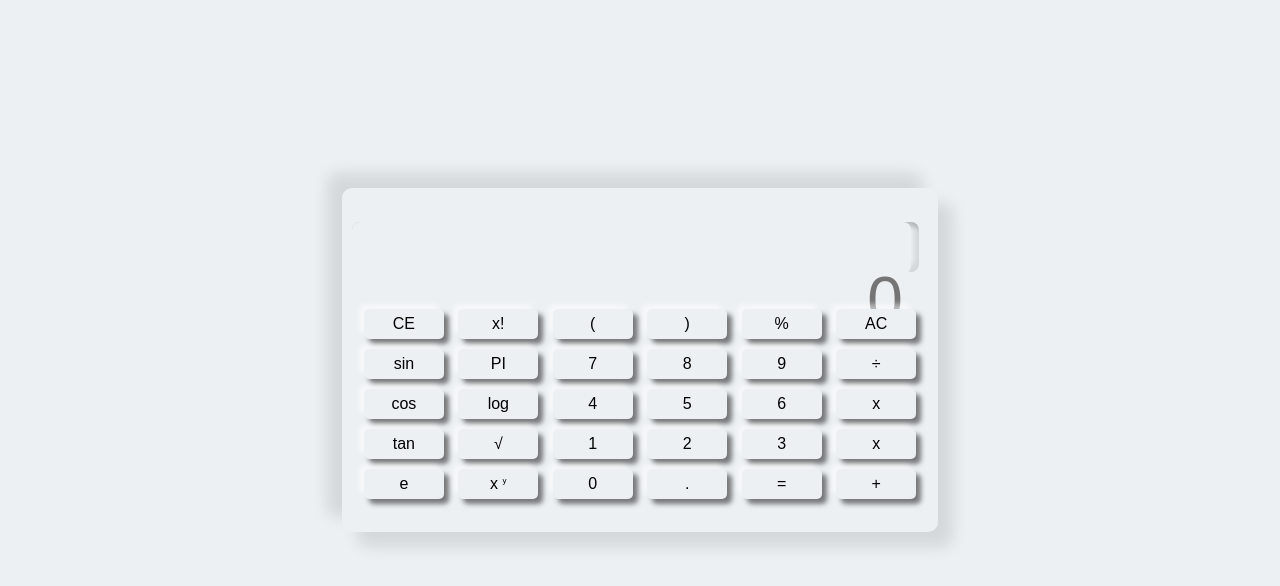
Repository: Haakim19/Scientific-Calculator
Page: intex.html
The author's editor kept a copy of each file at every save. The page is drawn from the files as they stood at one save, then again after the next save.
The browser window is 1280 px wide. The pictures show the whole page.

Above is the page before, as saved 2024-10-27 12:33:16.

After the next save:
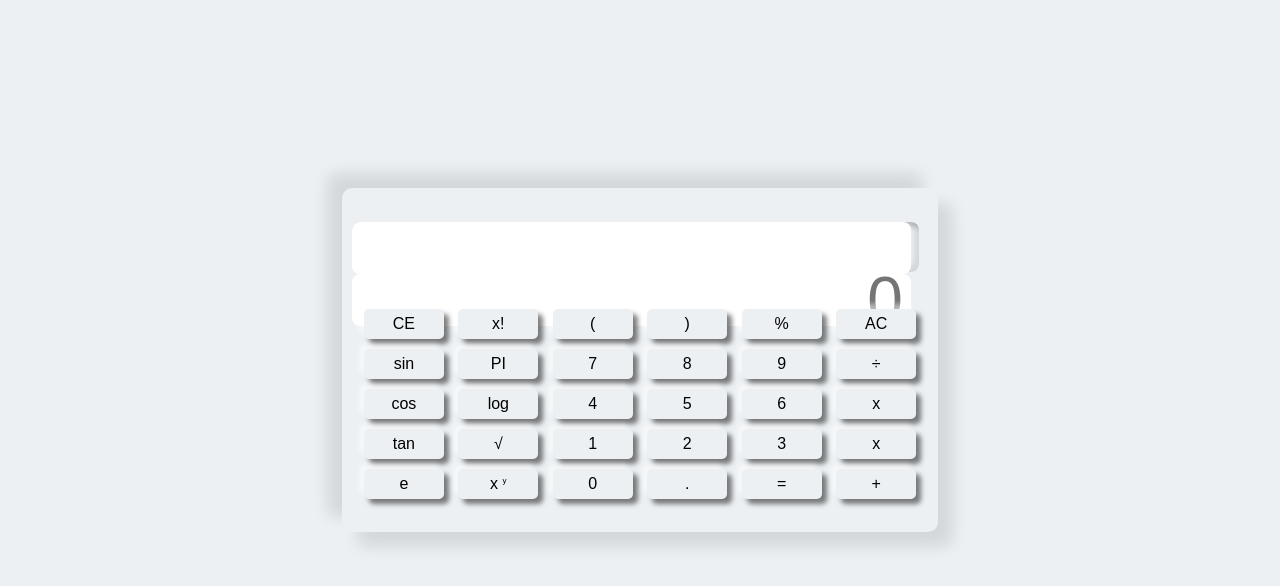
Saved 19 s later.
--- a/Style.css
+++ b/Style.css
@@ -57,7 +57,6 @@ body{
     padding-right: 0.5rem;
     font-size: 2em;
     border-radius: 8px;
-    background:#ecf0f3;
     display: flex;
     flex-direction: column;
 }
